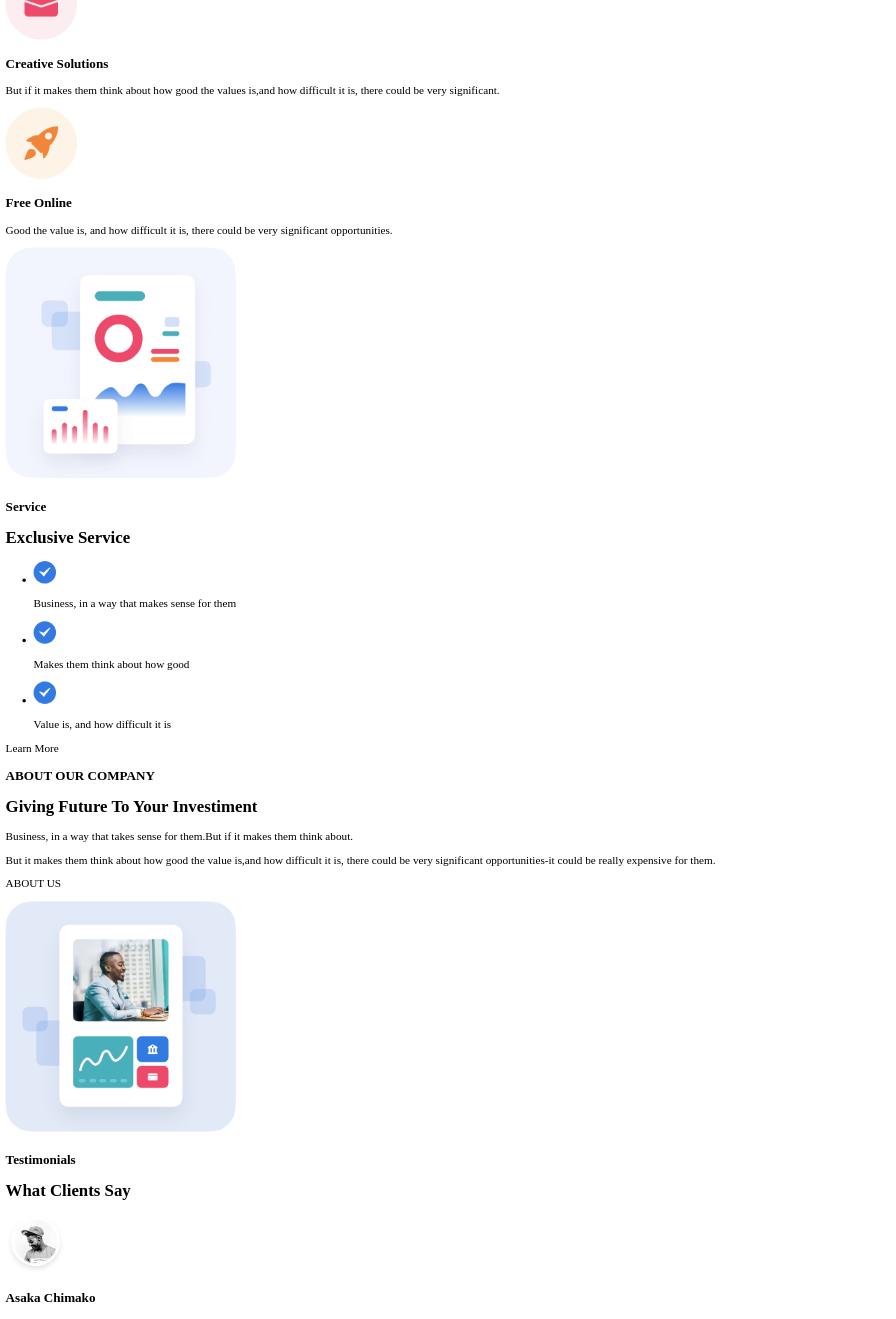
Repository: juniorAntunes910/Make-Money-Design-Avaliacao
Page: index.html
An editor plug-in stored every save of this project. The page is shown before and after a run of saves, followed by the edit.
The browser window is 1280 px wide. The pictures show the part of the page from y = 952 to 2872 px (the page is 2836 px tall before and 2872 px after), at 70% of full size.

Above is the page before, as saved 2026-03-12 10:19:17.

### index.html
<!DOCTYPE html>
<html lang="pt-br">

<head>
    <meta charset="UTF-8">
    <meta name="viewport" content="width=device-width, initial-scale=1.0">
    <title>Make Money</title>
    <link rel="stylesheet" href="style.css">
    <link rel="stylesheet" href="https://cdnjs.cloudflare.com/ajax/libs/font-awesome/6.5.1/css/all.min.css">
</head>

<body class="container">
    <header>
        <nav>
            <h1 id="header-title">
                <a href="#">
                    MNY
                </a>
            </h1>

            <div class="header-box-menu">
                <i class="fa-solid fa-bars"></i>
            </div>
        </nav>
    </header>

    <main>
        <section id="hero">
            <div id="hero-header">
                <h3 class="hero-header-subtitle">
                    MAKE MONEY
                </h3>

                <h2 class="hero-header-title">
                    Grow Your
                    Money Like
                    Never Before
                </h2>

                <p class="hero-header-description">
                    Business, in a way that makes sense for
                    them. But if it makes them think about how
                    good the value.
                </p>
            </div>

            <div id="hero-btn">
                <p>Get Started</p>
            </div>

            <div id="hero-img-box">
                <img src="Assets/Mobile/hero/main-content-img-manCoffe-Mobile.png" alt="Imagem de um homem com roupa de escritorio segurando um café com a mão esquerda, atras do homem há
                3 graficos indicando crescimento" id="hero-img-box-mobile">

            </div>
        </section>

        <section id="main-content">

            <div id="main-content-cards"><!--Estou usando como um container/box de cards-->

                <div class="main-content-card-box"><!--Primeiro "Card" Strong Security-->

                    <div class="main-content-card-box-img-box"><!--Imagem do card-->
                        <img src="Assets/Mobile/main-content/img-card-strong-mobile.png" alt="Imagem de uma bola azul cor #E6F7F8 com duas luvas de box estilo low poly, tambem azul porem
                        mais escuro #49AFBA" class="main-content-card-box-img-box-mobile">
                    </div><!--Fim da imagem do card-->

                    <div class="main-content-card-box-content"><!--Conteudo do card-->
                        <h3 class="main-content-card-box-content-title">
                            Strong Security
                        </h3>

                        <p class="main-content-card-box-content-description">
                            Way that makes sense for them. But if it
                            makes them think about how good the
                            value is, and how difficult it is.
                        </p>
                    </div><!--Fim do conteudo do card-->

                </div><!--Fim do Primeiro "Card" Strong security-->

                <div class="main-content-card-box"><!--Segundo "Card" Creative Solutiions-->

                    <div class="main-content-card-box-img-box"><!--Imagem do card-->
                        <img src="Assets/Mobile/main-content/img-card-creative-mobile.png"
                            alt="Imagem de uma bola vermelha cor #FCEDF0, com uma maleta estilo escritorio tambem vermelha #ED496B "
                            class="main-content-card-box-img-box-mobile">
                    </div><!--Fim da imagem do card-->

                    <div class="main-content-card-box-content"><!--Conteudo do card-->
                        <h3 class="main-content-card-box-content-title">
                            Creative Solutions
                        </h3>

                        <p class="main-content-card-box-content-description">
                            But if it makes them think about how
                            good the values is,and how difficult it is,
                            there could be very significant.
                        </p>
                    </div><!--Fim do conteudo do card-->

                </div><!--Fim do Segundo "Card" Creative Solutions-->

                <div class="main-content-card-box"><!--Terceiro "Card" Free Online-->

                    <div class="main-content-card-box-img-box"><!--Imagem do card-->
                        <img src="Assets/Mobile/main-content/img-card-free-mobile.png"
                            alt="Imagem de uma bola amarela cor #FDF3E6, com um foguete tambem amarelo #F1863B "
                            class="main-content-card-box-img-box-mobile">
                    </div><!--Fim da imagem do card-->

                    <div class="main-content-card-box-content"><!--Conteudo do card-->
                        <h3 class="main-content-card-box-content-title">
                            Free Online
                        </h3>

                        <p class="main-content-card-box-content-description">
                            Good the value is, and how difficult it is,
                            there could be very significant
                            opportunities.
                        </p>
                    </div><!--Fim do conteudo do card-->

                </div><!--Fim do Terceiro "Card" Free online-->
            </div><!--Fimd o container card Box-->

            <div class="line-division"></div><!--Linha de divisão entre main-content e service-->

        </section>

        <section id="service">

            <div id="service-img-box">
                <img src="Assets/Mobile/service/img-service-graph-mobile.png" alt="Imagem de dois graficos minimalistas, um grafico sendo o maior e possuindo varios graficos
                dentro da seu espaço e um grafico menor sendo de barras" id="img-service-mobile">
            </div>

            <div class="service-content">
                <div class="service-content-header">
                    <h3 class="service-content-subtitle">
                        Service
                    </h3>

                    <h2 class="service-content-title">
                        Exclusive
                        Service
                    </h2>
                </div>

                <div class="service-content-avaiable">
                    <ul>
                        <li>
                            <div class="service-content-avaiable-img-box">
                                <img src="Assets/Mobile/service/img-service-avaiable-mobile.png"
                                    alt="Imagem de uma bola azul com um simbolo de certo/correto branco no centro"
                                    class="img-avaiable-mobile">
                            </div>
                            <p>
                                Business, in a way that makes
                                sense for them
                            </p>
                        </li>

                        <li>
                            <div class="service-content-avaiable-img-box">
                                <img src="Assets/Mobile/service/img-service-avaiable-mobile.png"
                                    alt="Imagem de uma bola azul com um simbolo de certo/correto branco no centro"
                                    class="img-avaiable-mobile">
                            </div>
                            <p>
                                Makes them think about how
                                good
                            </p>
                        </li>

                        <li>
                            <div class="service-content-avaiable-img-box">
                                <img src="Assets/Mobile/service/img-service-avaiable-mobile.png"
                                    alt="Imagem de uma bola azul com um simbolo de certo/correto branco no centro"
                                    class="img-avaiable-mobile">
                            </div>
                            <p>
                                Value is, and how difficult it is
                            </p>
                        </li>
                    </ul>

                    <div id="service-content-avaiable-btn">
                        <p>
                            Learn More
                        </p>
                    </div>
                </div>
            </div>
        </section>

        <section id="about">
            <div class="about-header">
                <h3 class="about-header-subtitle">
                    ABOUT OUR COMPANY
                </h3>

                <h2 class="about-header-title">
                    Giving Future To
                    Your Investiment
                </h2>

                <p class="about-header-description">
                    Business, in a way that takes
                    sense for them.But if it makes
                    them think about.
                </p>

                <p class="about-header-subdescription">
                    But it makes them think about how good
                    the value is,and how difficult it is, there
                    could be very significant opportunities-it
                    could be really expensive for them.
                </p>

                <div class="about-header-btn">
                    <p>ABOUT US</p>
                </div>
            </div>

            <div id="about-img-box">
                <img src="Assets/Mobile/about/img-about-office-mobile.png"
                alt="imagem dividida em 4 elementos sendo a primeira em cima e maior
                com a foto de um trabalhador de escritorio sorrindo enquanto usa seu computador, abaixo na esquerda um grafico subindo, na direita
                possui duas imagem uma em cima da outra sendo a de cima um icone de banco e a de baixo um icone de cartao"
                class="about-img-box-img-mobile"
                >
            </div>
        </section>

        <section id="testimonials">
            <div id="testimonials-header">
                <h3 class="testimonials-header-subtitle">
                    Testimonials
                </h3>
                <h2 class="testimonials-header-title">
                    What Clients
                    Say
                </h2>
            </div>

            <div id="testimonials-cards-box"><!--Box de cards testimonial-->

                <div class="testimonials-cards-box-card">

                    <div class="testimonials-cards-box-card-header">
                        <div class="testimonials-cards-box-card-header-img-person">
                            <img src="Assets/Mobile/testimonials/persons/img-person1-mobile.png"
                            alt="Imagem de uma pessoa com boné, filtro preto e branco olhando para baixo enquanto sorri">
                        </div>
                        <h3 class="testimonials-cards-box-card-header-title">
                            Asaka Chimako
                        </h3>
                        <div class="testi"></div>
                    </div>

                </div>

            </div>
        </section>

    </main>
    <footer>

    </footer>
</body>

</html>

Loaded but not shown: style.css (no copy from this time; the picture is the same without it)

After the next 5 saves:
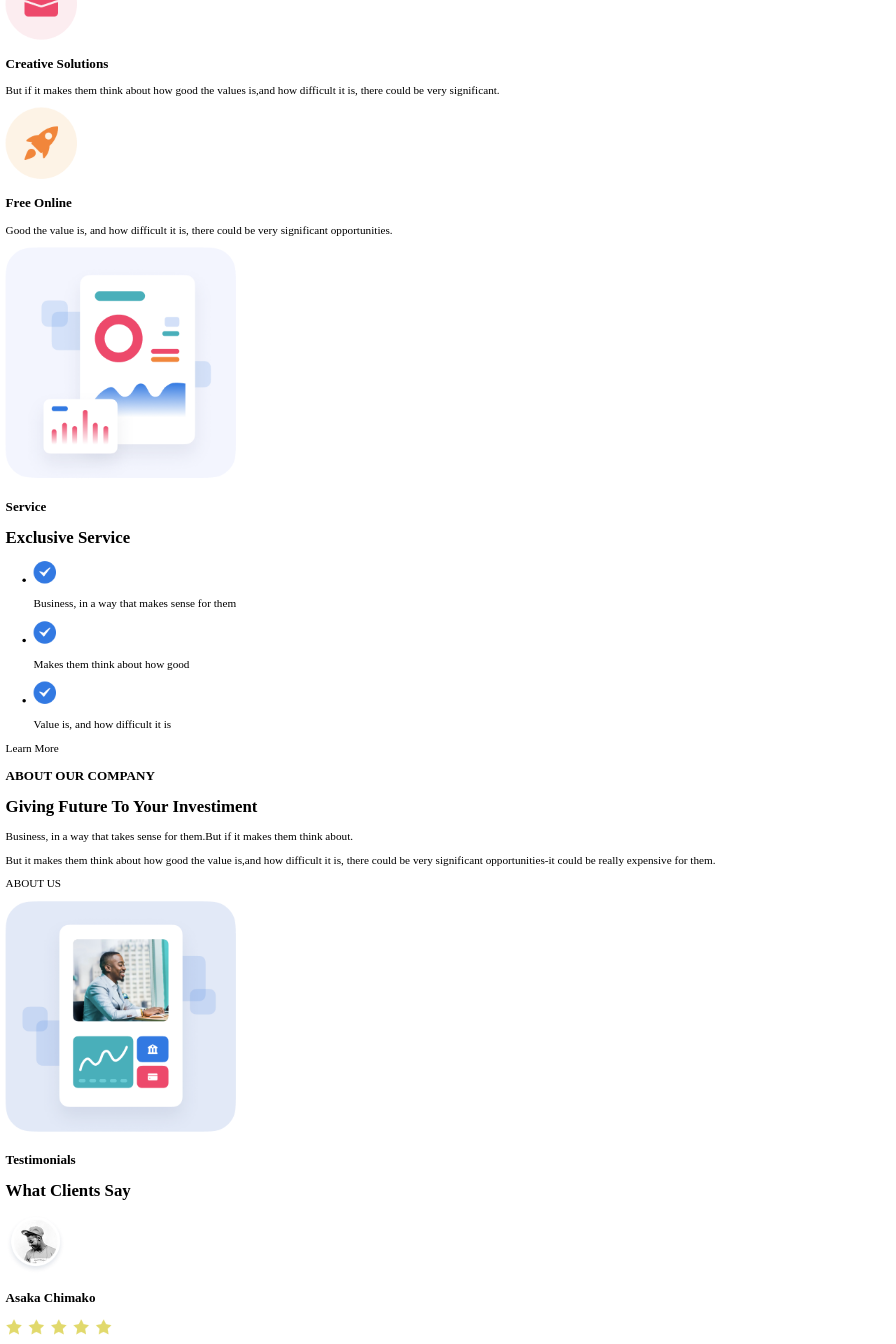
The 5 saves are shown as one change because they came seconds apart.
The last was saved 16 s later.
--- a/index.html
+++ b/index.html
@@ -257,7 +257,9 @@
                         <h3 class="testimonials-cards-box-card-header-title">
                             Asaka Chimako
                         </h3>
-                        <div class="testi"></div>
+                        <div class="testimonials-cards-box-card-header-img-stars">
+                            <img src="Assets/Mobile/testimonials/img-stars.png" alt="">
+                        </div>
                     </div>
 
                 </div>
